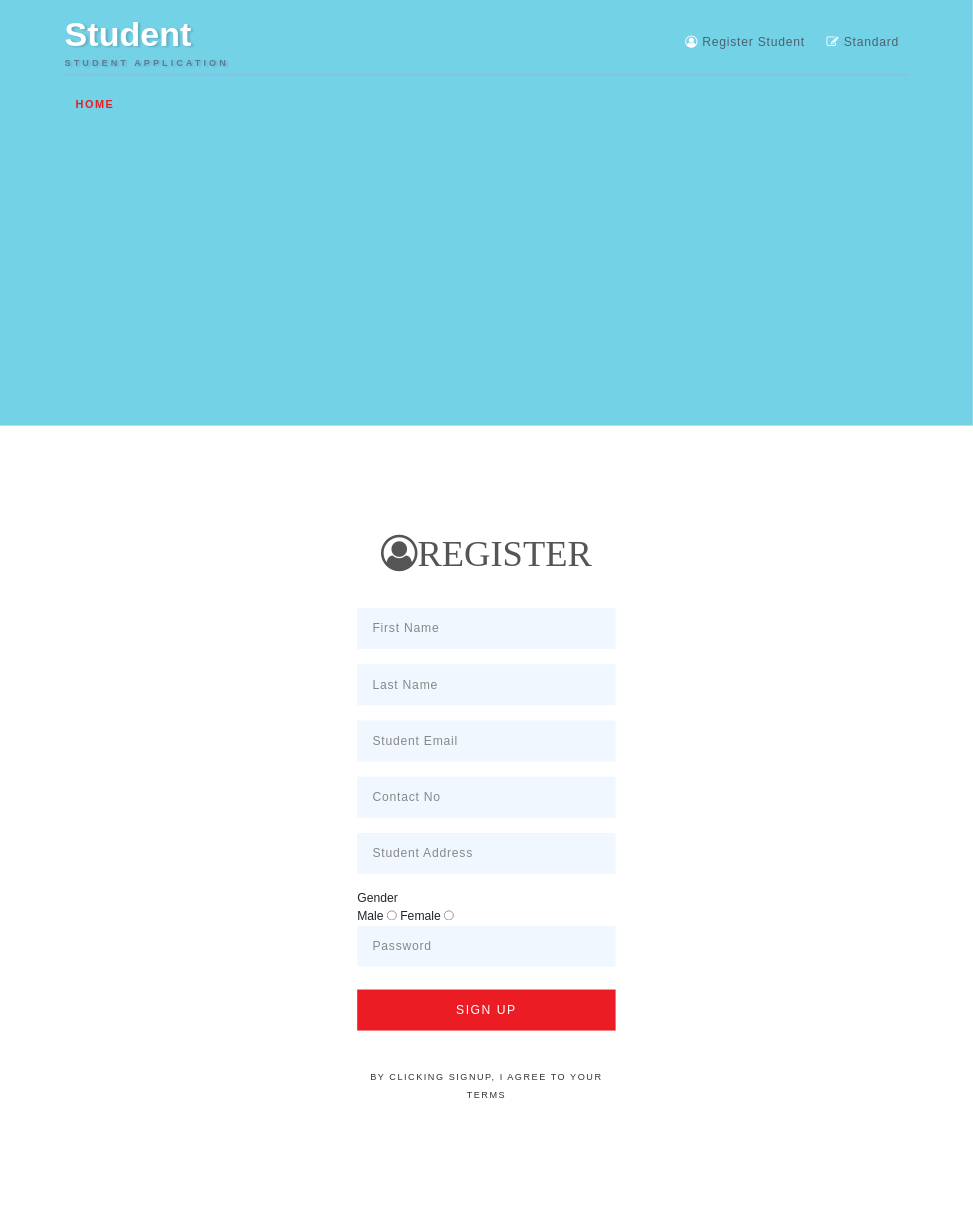
Repository: PallaviMadiya/Java-Framework-
Page: http://localhost/StudentApplication/register.jsp
The author's editor kept a copy of each file at every save. The page is drawn from the files as they stood at one save, then again after the next save.
The browser window is 1280 px wide. The pictures show the whole page, at 76% of full size.
Some web fonts or font styles are not loaded; a fallback is used. The page is served by Tomcat 9. Other server files are loaded and not shown.

Above is the page before, as saved 2023-10-17 12:40:00.

### StudentApplication/src/main/webapp/register.jsp
<%@ page language="java" contentType="text/html; charset=ISO-8859-1"
    pageEncoding="ISO-8859-1"%>
<!DOCTYPE html>
<html>
<head>
<meta charset="ISO-8859-1">
<title>Insert title here</title>
</head>
<body>
<%@include file="header.jsp" %>
 <!-- //banner-->
    <!--/login -->
    <section class="banner-bottom py-5">
        <div class="container">
            <div class="content-grid">
                <div class="text-center icon">
                    <span class="fa fa-user-circle-o">REGISTER</span>
                </div>
                <div class="content-bottom">
                    <form action="StudentController" method="post">
                        <div class="field-group">

                            <div class="content-input-field">
                                <input name="fname" id="text1" type="text" value="" placeholder="First Name" required="">
                            </div>
                        </div>
                        <div class="field-group">

                            <div class="content-input-field">
                                <input name="lname" id="text1" type="text" value="" placeholder="Last Name" required="">
                            </div>
                        </div>
                        <div class="field-group">

                            <div class="content-input-field">
                                <input name="email" id="text1" type="email" value="" placeholder="Student Email" required="">
                            </div>
                        </div>
                        <div class="field-group">

                            <div class="content-input-field">
                                <input name="contact" id="text3" type="number" value="" placeholder="Contact No" required="">
                            </div>
                        </div>
                         <div class="field-group">

                            <div class="content-input-field">
                                <input name="address" id="text1" type="text" value="" placeholder="Student Address" required="">
                            </div>
                        </div>
                        <div class="field-group">
							Gender
                            <div class="checkbox-check-radio">
                               Male <input name="gender" id="text3" type="radio" value="male" required="">
                               Female <input name="gender" id="text3" type="radio" value="female" required="">
                            </div>
                        </div>
                        <div class="field-group">
                            <div class="content-input-field">
                                <input name="password" id="myInput" type="Password" placeholder="Password">
                            </div>
                        </div>
                        <div class="content-input-field">
                            <button type="submit" class="btn" name="action" value="signup">Sign Up</button>
                        </div>
                        <div class="list-login-bottom text-center mt-lg-5 mt-4">

                            <a href="#" class="">By clicking Signup, I agree to your terms</a>



                        </div>
                    </form>
                </div>
            </div>
        </div>
    </section>
    <!-- /login -->
</body>
</html>

### StudentApplication/src/main/webapp/header.jsp
<%@ page language="java" contentType="text/html; charset=ISO-8859-1"
    pageEncoding="ISO-8859-1"%>
<!--
Author:W3layouts
Author URL: http://w3layouts.com
License: Creative Commons Attribution 3.0 Unported
License URL: http://creativecommons.org/licenses/by/3.0/
-->

<!DOCTYPE html>
<html lang="zxx">

<head>
    <title>Baggage Ecommerce Category Bootstrap Responsive Web Template | Home :: W3layouts</title>
    <!-- Meta tag Keywords -->
    <meta name="viewport" content="width=device-width, initial-scale=1">
    <meta charset="UTF-8" />
    <meta name="keywords" content="Baggage Responsive web template, Bootstrap Web Templates, Flat Web Templates, Android Compatible web template, Smartphone Compatible web template, free webdesigns for Nokia, Samsung, LG, SonyEricsson, Motorola web design" />
    <script>
        addEventListener("load", function() {
            setTimeout(hideURLbar, 0);
        }, false);

        function hideURLbar() {
            window.scrollTo(0, 1);
        }
    </script>
    <!-- //Meta tag Keywords -->
    <!-- Custom-Files -->
    <link rel="stylesheet" href="css/bootstrap.css">
    <!-- Bootstrap-Core-CSS -->
    <link rel="stylesheet" href="css/style.css" type="text/css" media="all" />
    <!-- Style-CSS -->
    <!-- font-awesome-icons -->
    <link href="css/font-awesome.css" rel="stylesheet">
    <!-- //font-awesome-icons -->
    <!-- /Fonts -->
    <link href="//fonts.googleapis.com/css?family=Hind:300,400,500,600,700" rel="stylesheet">
    <!-- //Fonts -->

</head>

<body>
    <div class="main-sec">
        <!-- //header -->
        <header class="py-sm-3 pt-3 pb-2" id="home">
            <div class="container">
                <!-- nav -->
                <div class="top-w3pvt d-flex">
                    <div id="logo">
                        <h1> <a href="index.jsp"><span class="log-w3pvt">Student</a> <label class="sub-des">Student Application</label></h1>
                    </div>

                    <div class="forms ml-auto">
                        <a href="register.jsp" class="btn"><span class="fa fa-user-circle-o"></span> Register Student</a>
                        <a href="stadard.jsp" class="btn"><span class="fa fa-pencil-square-o"></span> Standard</a>
                    </div>
                </div>
                <div class="nav-top-wthree">
                    <nav>
                        <label for="drop" class="toggle"><span class="fa fa-bars"></span></label>
                        <input type="checkbox" id="drop" />
                        <ul class="menu">
                            <li class="active"><a href="index.jsp">Home</a></li>

                        </ul>
                    </nav>
                    <!-- //nav -->
                    <div class="clearfix"></div>
                </div>
            </div>
        </header>
        <!-- //header -->

       </div>
  </body>
  </html>

Loaded but not shown: StudentApplication/src/main/webapp/css/bootstrap.css (library); StudentApplication/src/main/webapp/css/font-awesome.css (library); StudentApplication/src/main/webapp/css/style.css (1690 lines, source omitted)

After the next save:
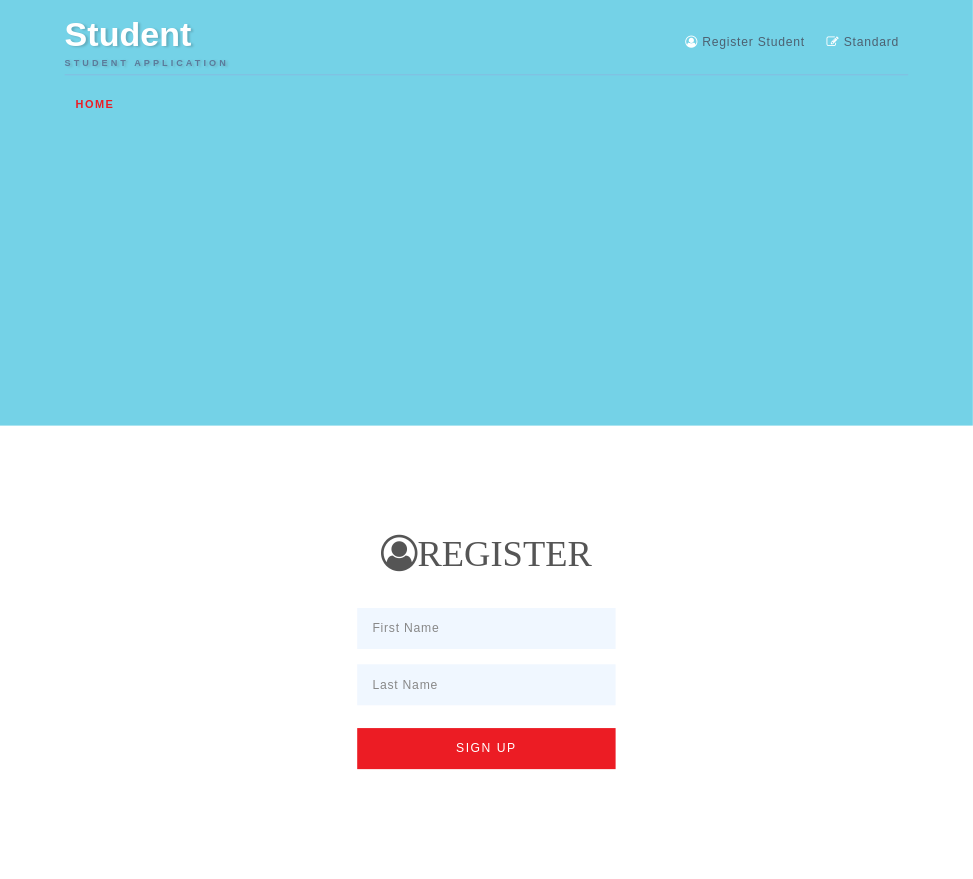
Saved 2 min 51 s later.
--- a/StudentApplication/src/main/webapp/register.jsp
+++ b/StudentApplication/src/main/webapp/register.jsp
@@ -17,6 +17,7 @@
                     <span class="fa fa-user-circle-o">REGISTER</span>
                 </div>
                 <div class="content-bottom">
+
                     <form action="StudentController" method="post">
                         <div class="field-group">
 
@@ -30,46 +31,11 @@
                                 <input name="lname" id="text1" type="text" value="" placeholder="Last Name" required="">
                             </div>
                         </div>
-                        <div class="field-group">
 
-                            <div class="content-input-field">
-                                <input name="email" id="text1" type="email" value="" placeholder="Student Email" required="">
-                            </div>
-                        </div>
-                        <div class="field-group">
-
-                            <div class="content-input-field">
-                                <input name="contact" id="text3" type="number" value="" placeholder="Contact No" required="">
-                            </div>
-                        </div>
-                         <div class="field-group">
-
-                            <div class="content-input-field">
-                                <input name="address" id="text1" type="text" value="" placeholder="Student Address" required="">
-                            </div>
-                        </div>
-                        <div class="field-group">
-							Gender
-                            <div class="checkbox-check-radio">
-                               Male <input name="gender" id="text3" type="radio" value="male" required="">
-                               Female <input name="gender" id="text3" type="radio" value="female" required="">
-                            </div>
-                        </div>
-                        <div class="field-group">
-                            <div class="content-input-field">
-                                <input name="password" id="myInput" type="Password" placeholder="Password">
-                            </div>
-                        </div>
                         <div class="content-input-field">
                             <button type="submit" class="btn" name="action" value="signup">Sign Up</button>
                         </div>
-                        <div class="list-login-bottom text-center mt-lg-5 mt-4">
 
-                            <a href="#" class="">By clicking Signup, I agree to your terms</a>
-
-
-
-                        </div>
                     </form>
                 </div>
             </div>
